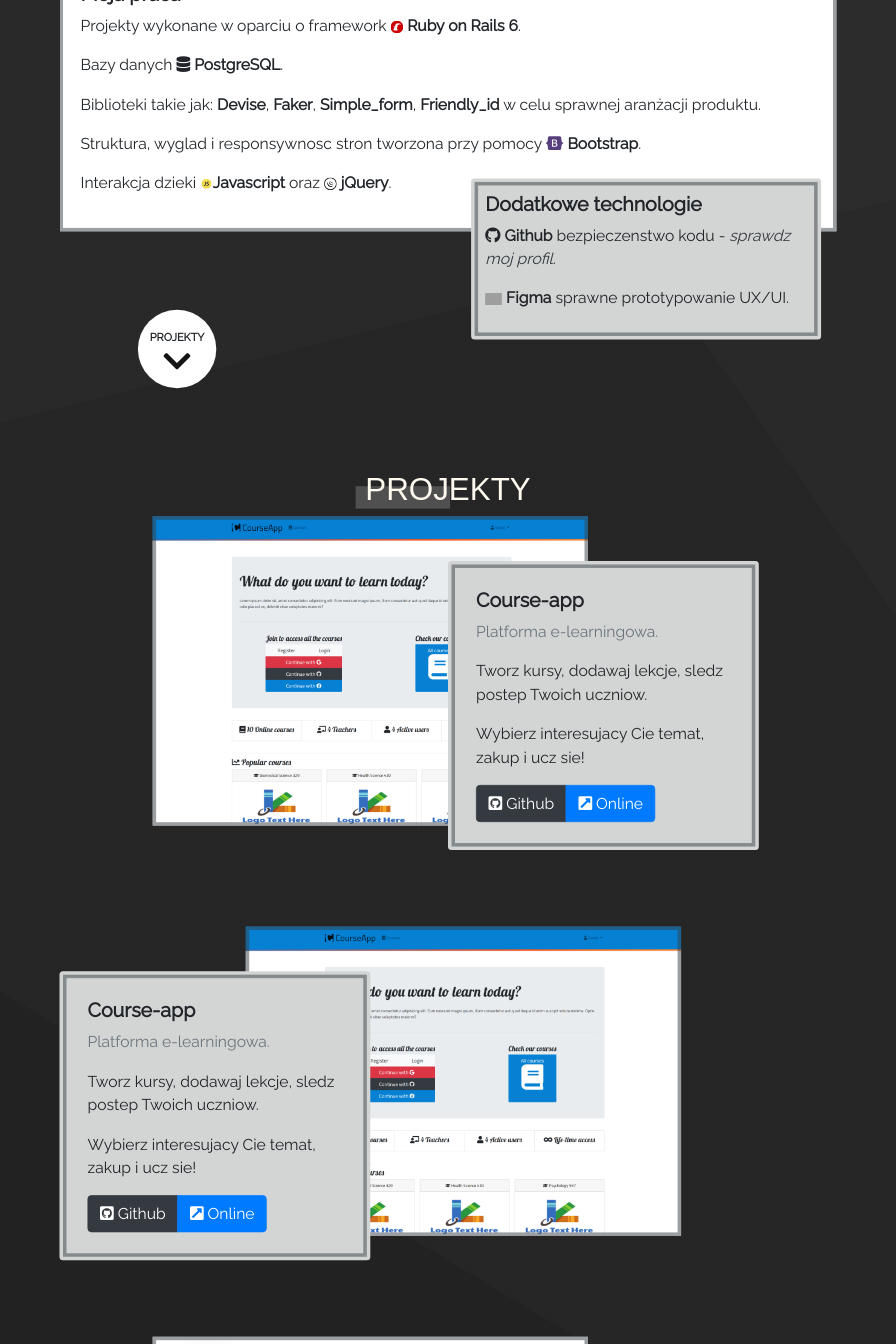
Repository: debicky/debicky.github.io
Page: index.html
The author's editor kept a copy of each file at every save. The page is drawn from the files as they stood at one save, then again after the next save.
The browser window is 1280 px wide. The pictures show the part of the page from y = 911 to 2831 px (the page is 4633 px tall), at 70% of full size.
Pictures or frames that could not be fetched are drawn as grey boxes. Some web fonts or font styles are not loaded; a fallback is used. Some web libraries are served in a nearby version.

Above is the page before, as saved 2020-06-16 09:35:19.

After the next save:
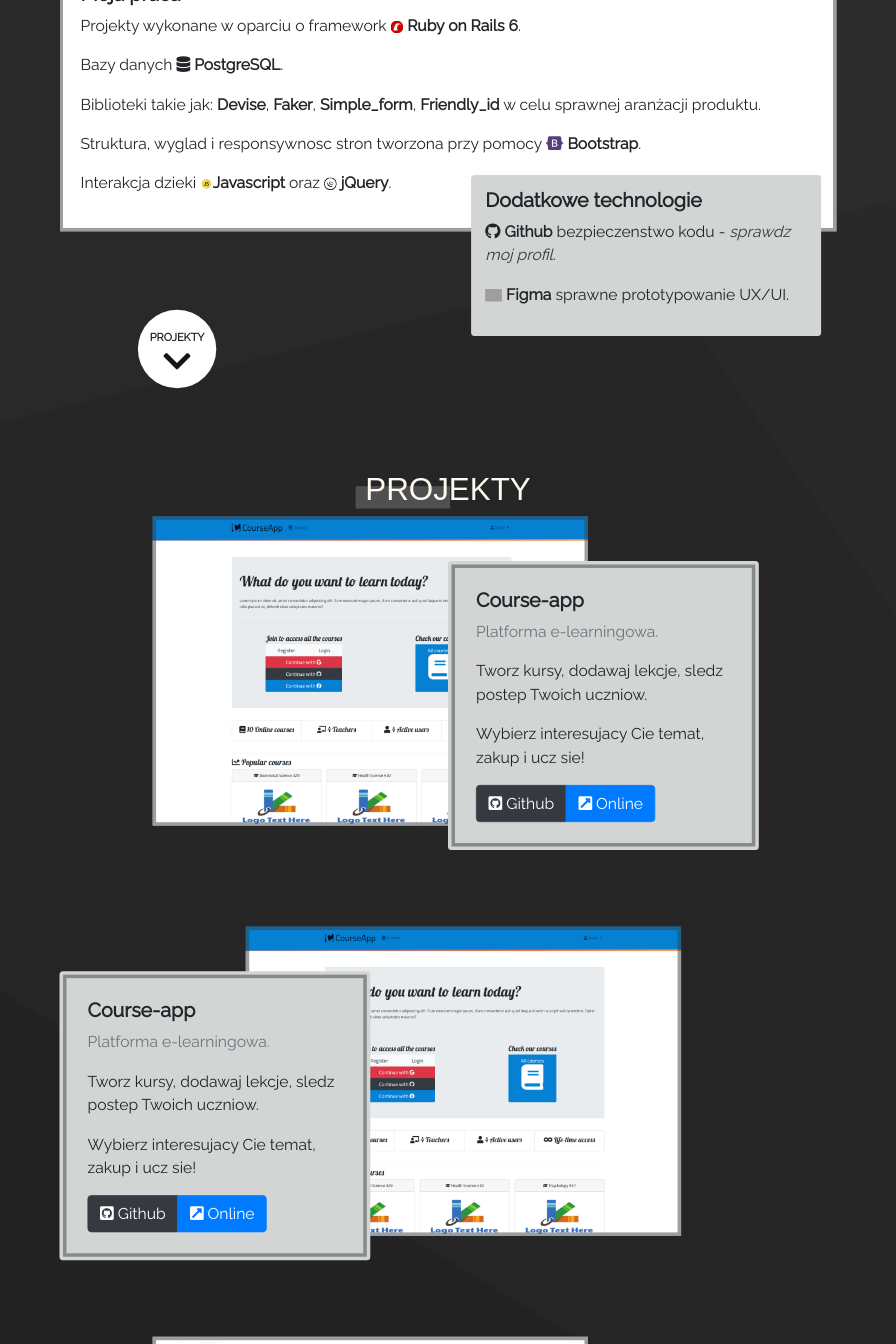
Saved 31 s later.
--- a/styles.css
+++ b/styles.css
@@ -122,7 +122,7 @@
   order: 1;
   margin-top: 5px;
 }
-.minor-about-description {
+.minor-about-description-footer {
   width: 100%;
   background-color: #fff;
   padding: 30px;
